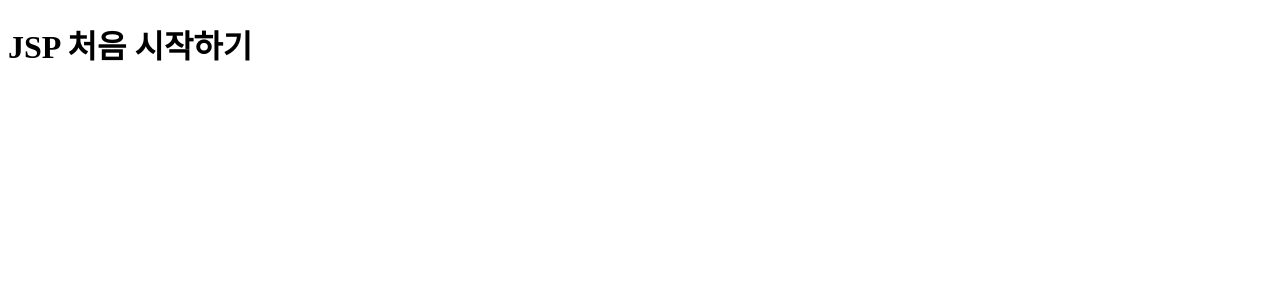
Repository: jsunnypi/JSP
Page: http://localhost/Test/Index.jsp
An editor plug-in stored every save of this project. The page is shown before and after the next save, followed by the edit.
The browser window is 1280 px wide. The pictures show the whole page.
The page is served by Tomcat 9.

Above is the page before, as saved 2024-11-14 00:17:20.

After the next save:
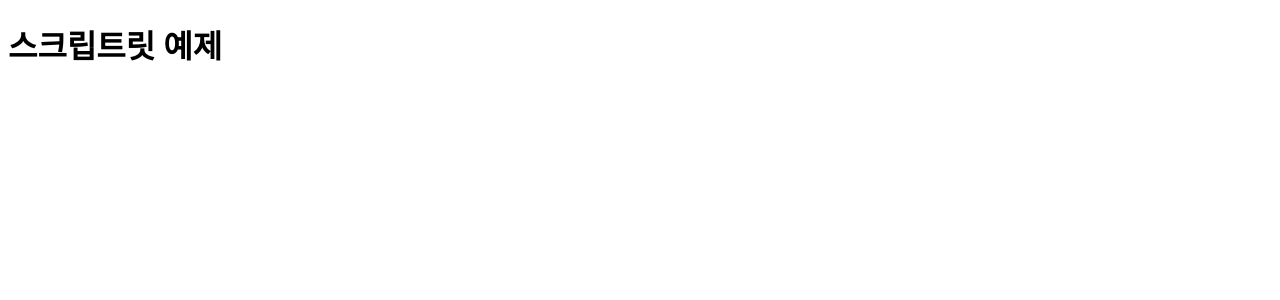
Saved 6 min 31 s later.
--- a/Test/src/main/webapp/Index.jsp
+++ b/Test/src/main/webapp/Index.jsp
@@ -7,6 +7,7 @@
 <title>Insert title here</title>
 </head>
 <body>
-	<h1>JSP 처음 시작하기</h1>
+	<h1>스크립트릿 예제</h1>
+
 </body>
 </html>
